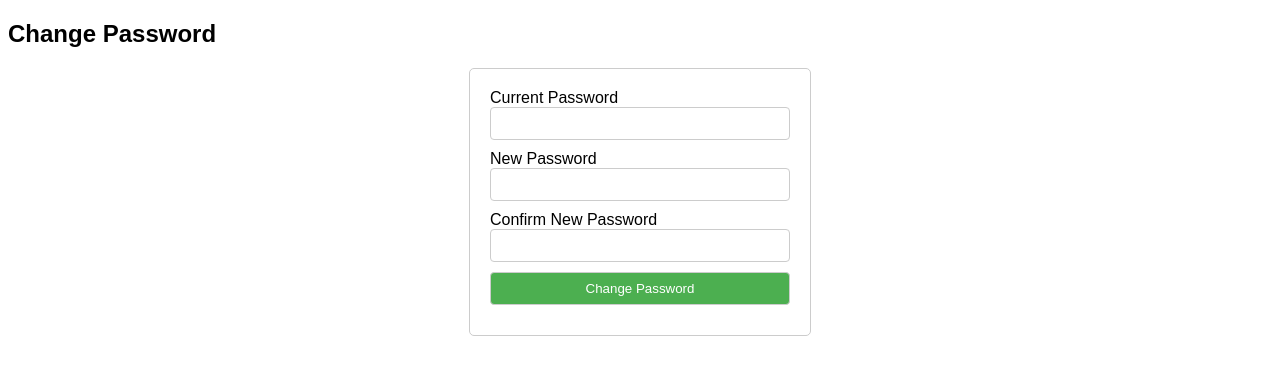
Repository: TuanAnhNguyen723/DanhGiaKIemDinh
Page: http://localhost/phpmailer/changepass.php
These files come from the project's save history. The page is drawn as it stood at one moment and after the next save; the edit follows.
The browser window is 1280 px wide. The pictures show the whole page.
The page is run by PHP 8.4 with error messages shown; the project is at /var/www/html/.

Above is the page before, as saved 2024-05-24 10:57:49.

After the next save:
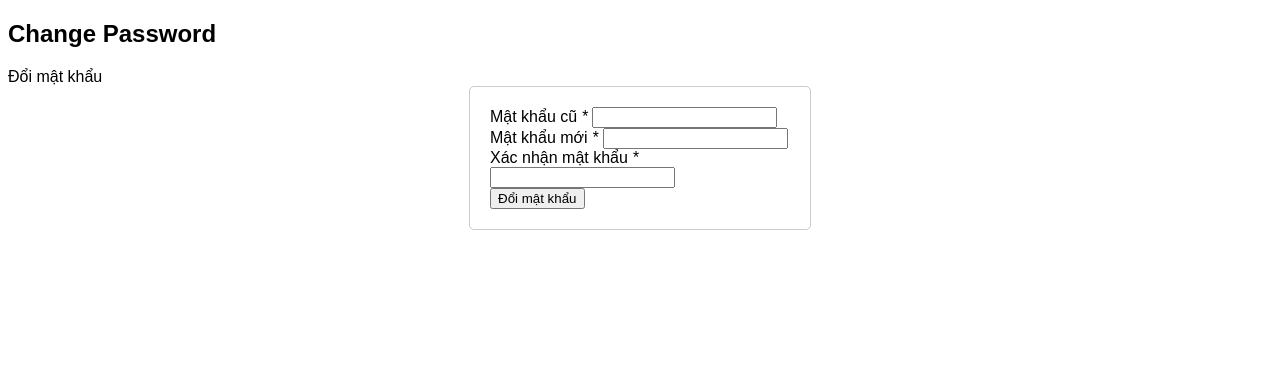
Saved 3 min 28 s later.
--- a/changepass.php
+++ b/changepass.php
@@ -39,18 +39,59 @@
 
 <h2>Change Password</h2>
 
-<form action="changepass.php" method="post">
-    <label for="current_password">Current Password</label>
-    <input type="password" id="current_password" name="current_password" required>
+<main class="main-dashboard">
+      <div class="dashboard-title">Đổi mật khẩu</div>
+      <main class="page">
+        <div class="box-dashboard">
+          <form method="post">
 
-    <label for="new_password">New Password</label>
-    <input type="password" id="new_password" name="new_password" required>
+            <div class="mb-3">
+              <label for="exampleInputPass1" class="form-label"
+                >Mật khẩu cũ
+                <i class="text-red">*</i>
+              </label>
+              <input
+                type="text"
+                name="oldPass"
+                class="form-control"
+                id="exampleInputPass1"
+                required
+              />
+            </div>
 
-    <label for="confirm_new_password">Confirm New Password</label>
-    <input type="password" id="confirm_new_password" name="confirm_new_password" required>
+            <div class="mb-3">
+              <label for="exampleInputNewPass1" class="form-label"
+                >Mật khẩu mới
+                <i class="text-red">*</i>
+              </label>
+              <input
+                type="text"
+                name="newPass"
+                class="form-control"
+                id="exampleInputNewPass1"
+                required
+              />
+            </div>
 
-    <input type="submit" value="Change Password">
-</form>
+            <div class="mb-3">
+              <label for="exampleInputConfirm" class="form-label">
+                Xác nhận mật khẩu
+                <i class="text-red">*</i>
+              </label>
+              <input
+                type="text"
+                name="confirm"
+                class="form-control"
+                id="exampleInputConfirm"
+                required
+              />
+            </div>
+
+            <button type="submit" class="btn btn-primary">Đổi mật khẩu</button>
+          </form>
+        </div>
+      </main>
+    </main>
 
 </body>
 </html>
